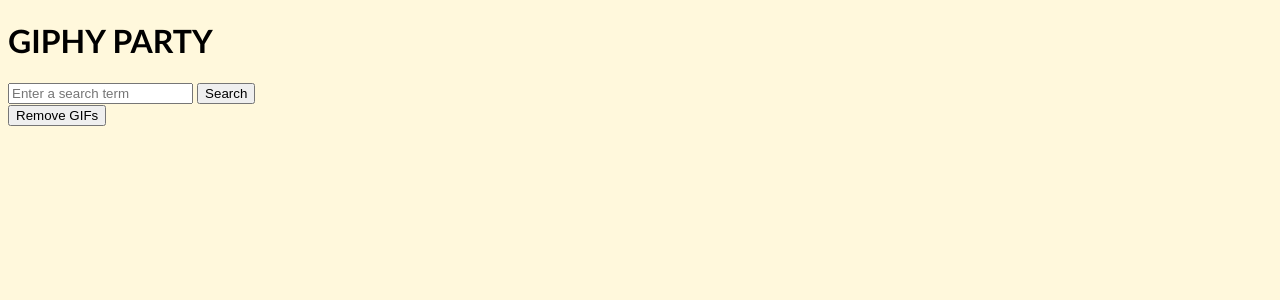
Repository: rmdayberry/AJAX-Giphy-Party
Page: index.html
An editor plug-in stored every save of this project. The page is shown before and after the next save, followed by the edit.
The browser window is 1280 px wide. The pictures show the whole page.
Some web libraries are served in a nearby version.

Above is the page before, as saved 2024-08-06 12:58:16.

After the next save:
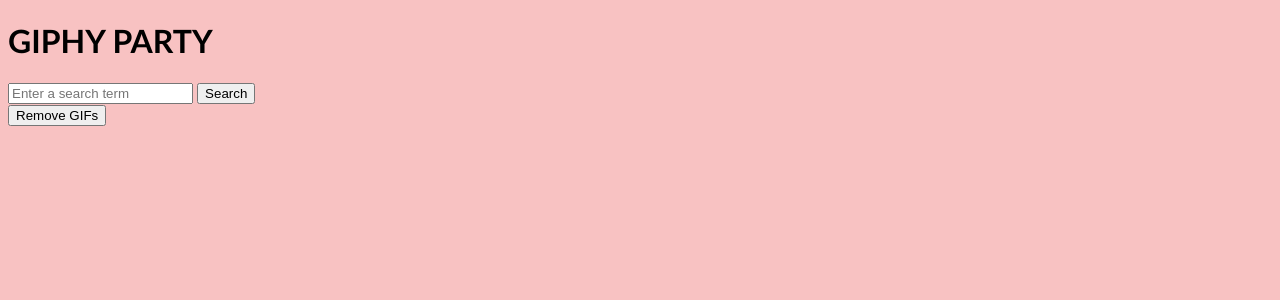
Saved 27 s later.
--- a/style.css
+++ b/style.css
@@ -1,5 +1,5 @@
 body {
   font-family: "Trebuchet MS", "Lucida Sans Unicode", "Lucida Grande",
     "Lucida Sans", Arial, sans-serif;
-  background-color: cornsilk;
+  background-color: rgb(248, 194, 194);
 }
